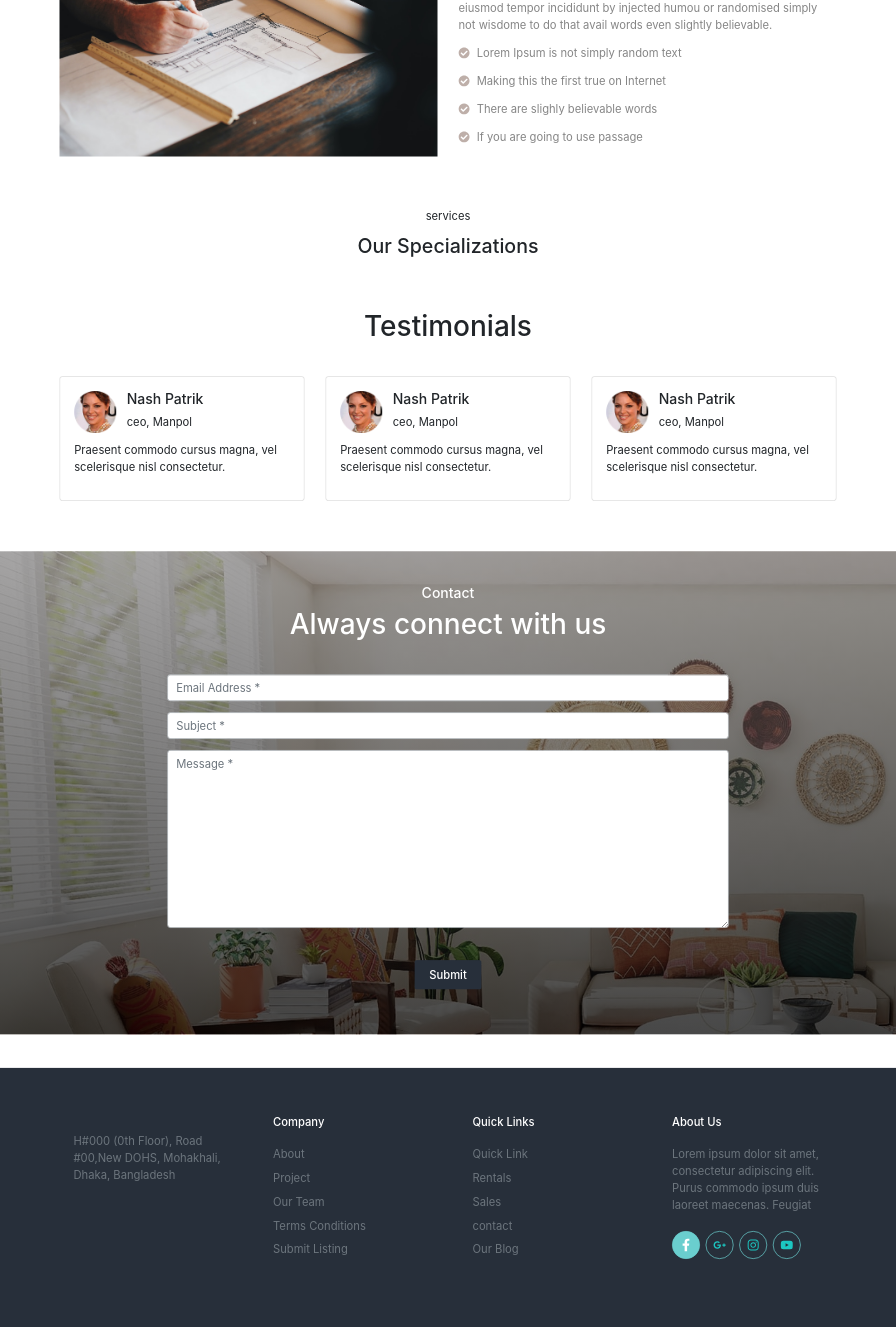
Repository: arif286/home-decoration-client-site
Page: /
An editor plug-in stored every save of this project. The page is shown before and after the next save, followed by the edit.
The browser window is 1280 px wide. The pictures show the part of the page from y = 1302 to 3222 px (the page is 3198 px tall before and 3222 px after), at 70% of full size.
The page's requests for data from a server got no answer. The project was rebuilt for these pictures with package versions that can differ from the ones it lists, and the page was loaded fresh each time. No one was signed in, and anything a server would have sent is missing. Also part of the build but not shown: src/components/DashBoard/Admin/AddService/AddService.css, src/components/DashBoard/Admin/AddService/AddService.js, src/components/DashBoard/Admin/MakeAdmin/MakeAdmin.css, src/components/DashBoard/Admin/MakeAdmin/MakeAdmin.js, src/components/DashBoard/Admin/ManageService/ManageService.js, src/components/DashBoard/Admin/OrderList/OrderList.js, src/components/DashBoard/User/Booking/Booking.js, src/components/DashBoard/User/BookingList/BookingList.js and 13 more.

Above is the page before, as saved 2021-04-16 04:45:26.

After the next save:
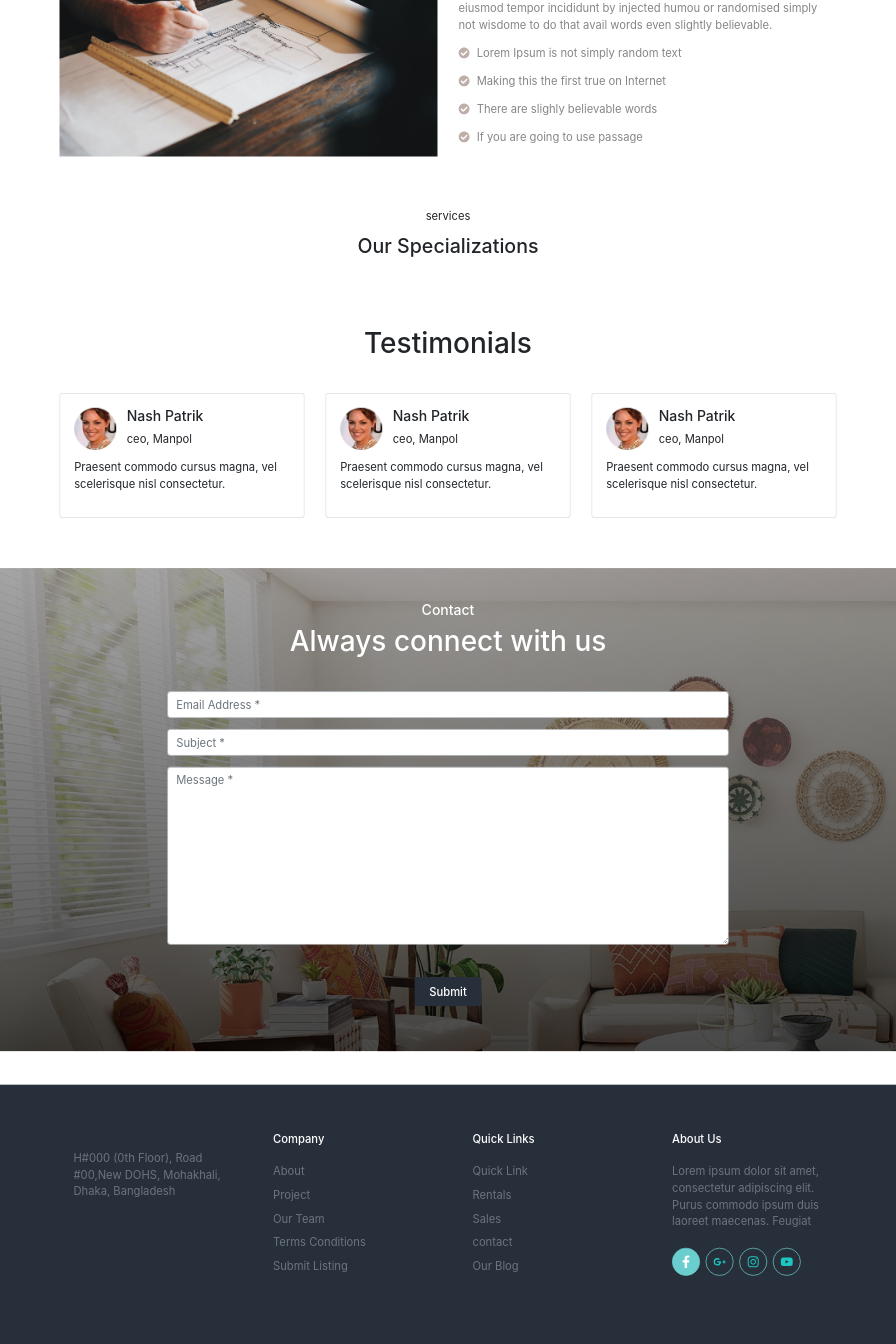
Saved 6 s later.
--- a/src/components/HomePage/Service/Service.js
+++ b/src/components/HomePage/Service/Service.js
@@ -14,7 +14,7 @@ const Service = () => {
   return (
     <Container className="mt-5">
       <p className="text-center">services</p>
-      <h3 className="text-center mb-4">Our Specializations</h3>
+      <h3 className="text-center mb-5">Our Specializations</h3>
       <Row className="row-cols-1 row-cols-lg-3 row-cols-sm-2">
         {services.map((service,indx) => (
           <Col className="pb-4">
